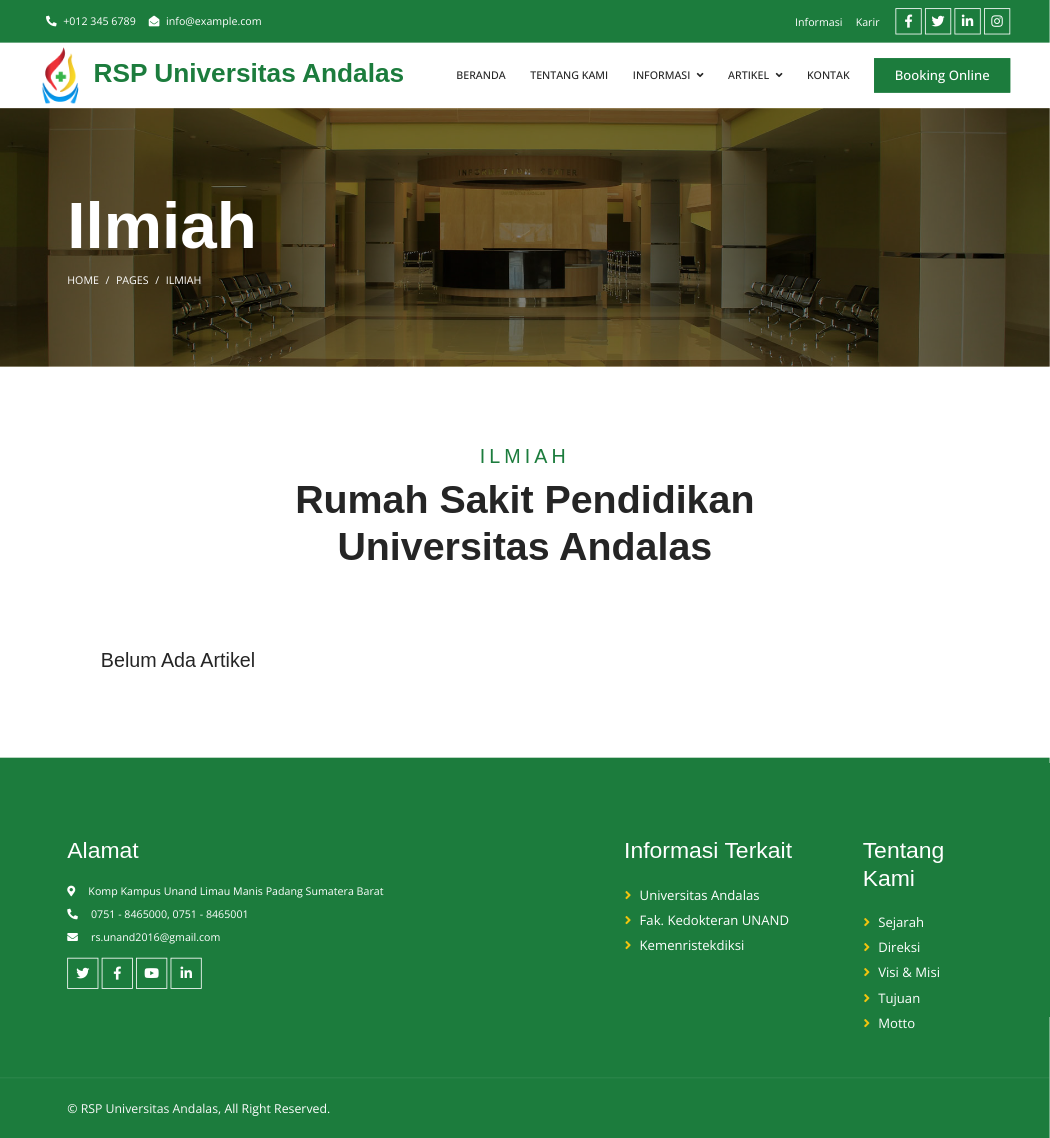
Repository: vivin-erialis/rsunand-site
Page: http://localhost/ilmiah
The author's editor kept a copy of each file at every save. The page is drawn from the files as they stood at one save, then again after the next save.
The browser window is 1280 px wide. The pictures show the whole page, at 82% of full size.
Some web fonts or font styles are not loaded; a fallback is used. Some web libraries are served in a nearby version. The page is served by the project's Laravel application, run on PHP 8.4 with Laravel 12. Other server files are loaded and not shown. Queries for data that is not in the repository find no rows.

Above is the page before, as saved 2024-04-29 09:59:30.
Console error: TypeError: Cannot read properties of undefined (reading 'version')

### routes/web.php
<?php

use App\Http\Controllers\Backend\ArtikelController as BackendArtikelController;
use App\Http\Controllers\Frontend\ArtikelController;
use App\Http\Controllers\HomeController;
use App\Http\Controllers\InformasiController;
use App\Http\Controllers\TentangKamiController;
use Illuminate\Support\Facades\Route;

// Route::get('/', function () {
//     return view('welcome');
// });

Route::get('/', [HomeController::class, 'homePage']);
// Informasi
Route::get('tentang-kami', [TentangKamiController::class, 'tentangKami']);
Route::get('jadwal-dokter', [InformasiController::class, 'jadwalDokter']);
Route::get('informasi-dokter', [InformasiController::class, 'informasiDokter']);
Route::get('bagian-instalasi', [InformasiController::class, 'bagianInstalasi']);

// Artikel
Route::get('berita', [ArtikelController::class, 'berita']);
Route::get('ilmiah', [ArtikelController::class, 'ilmiah']);
Route::get('pendidikan-pelatihan', [ArtikelController::class, 'pendidikanPelatihan']);
Route::get('penyakit-pengobatan', [ArtikelController::class, 'penyakitPengobatan']);

Route::get('kontak', [HomeController::class, 'kontak']);
Route::get('informasi', [HomeController::class, 'informasi']);
Route::get('/karir', [HomeController::class, 'karir']);

//
Route::prefix('admin')->group(function () {
    Route::resource('/artikel', BackendArtikelController::class);
});

### app/Http/Controllers/Frontend/ArtikelController.php
<?php

namespace App\Http\Controllers\Frontend;

use App\Http\Controllers\Controller;
use App\Models\Artikel;
use App\Models\KategoriArtikel;
use Illuminate\Http\Request;
use Illuminate\Support\Facades\DB;

class ArtikelController extends Controller
{
    //
    //
    public function berita()
    {
        // Mengambil artikel dengan kategori "berita"
        $artikelBerita = Artikel::whereHas('kategori', function ($query) {
            $query->where('title', 'Berita');
        })->get();

        return view('Frontend.artikel.berita', [
            'headerStart' => 'Berita',
            'artikel' => $artikelBerita
        ]);
    }

    public function ilmiah()
    {
        $ilmiah = Artikel::whereHas('kategori', function ($query) {
            $query->where('title', 'Ilmiah');
        })->get();

        return view('Frontend.artikel.ilmiah', [
            'headerStart' => 'Ilmiah',
            'ilmiah' => $ilmiah,
        ]);
    }
    public function pendidikanPelatihan()
    {
        return view('Frontend.artikel.pendidikan-pelatihan', [
            'headerStart' => 'Pendidikan & Pelatihan'
        ]);
    }

    public function penyakitPengobatan()
    {
        return view('Frontend.artikel.penyakit-pengobatan', [
            'headerStart' => 'Penyakit & Pengobatan'
        ]);
    }
}

### app/Models/Artikel.php
<?php

namespace App\Models;

use Illuminate\Database\Eloquent\Factories\HasFactory;
use Illuminate\Database\Eloquent\Model;

class Artikel extends Model
{
    use HasFactory;

    protected $fillable = ['id', 'title', 'desc', 'isi', 'gambar', 'status', 'url', 'kategori_id', 'created_at', 'updated_at'];


    public function kategori() {
        return $this->belongsTo(KategoriArtikel::class, 'kategori_id');
    }
}

### app/Models/KategoriArtikel.php
<?php

namespace App\Models;

use Illuminate\Database\Eloquent\Factories\HasFactory;
use Illuminate\Database\Eloquent\Model;

class KategoriArtikel extends Model
{
    use HasFactory;

    public function artikel()
    {
        return $this->hasMany(Artikel::class, 'kategori_id');
    }
}

### resources/views/Frontend/artikel/ilmiah.blade.php
@extends('Frontend.layouts.main')
@section('title', 'Ilmiah')
@section('content')
    @include('Frontend.layouts.header')
    {{-- Ilmiah --}}
    <div class="container-xxl py-5">
        <div class="container">
            <div class="text-center mx-auto mb-5 wow fadeInUp" data-wow-delay="0.1s" style="max-width: 600px;">
                <h4 class="section-title">Ilmiah</h4>
                <h1 class="display-5 mb-4">Rumah Sakit Pendidikan Universitas Andalas</h1>
            </div>
            <dvi class="container-berita">
                @if ($ilmiah->isEmpty())
                    <h4 class="mt-5 text-center">Belum Ada Artikel</h4>
                @endif
                @foreach ($ilmiah as $item)
                    <div class="card">
                        <img loading="lazy" class="card-img" src="{{ asset('/images/artikel/' . $item->gambar) }}">
                        <div class="card-content">
                            <h2 class="card-title">{{ $item->title }}</h2>
                            <p class="card-text">{!! $item->desc !!}</p>
                            <a href="/berita" class="card-button">Read More</a>
                        </div>
                    </div>
                @endforeach

            </dvi>
        </div>
    </div>
@endsection

### resources/views/Frontend/layouts/header.blade.php
<div class="container-fluid page-header py-5 mb-5 wow fadeIn" data-wow-delay="0.1s">
    <div class="container py-5">
        <h1 class="display-1 text-white animated slideInDown">{{$headerStart}}</h1>
        <nav aria-label="breadcrumb animated slideInDown">
            <ol class="breadcrumb text-uppercase mb-0">
                <li class="breadcrumb-item"><a class="text-white" href="#">Home</a></li>
                <li class="breadcrumb-item"><a class="text-white" href="#">Pages</a></li>
                <li class="breadcrumb-item text-white" aria-current="page">{{$headerStart}}</li>
            </ol>
        </nav>
    </div>
</div>

### resources/views/Frontend/layouts/topbar.blade.php
<div class="container-fluid bg-dark p-0 wow fadeIn" data-wow-delay="0.1s">
    <div class="row gx-0 d-none d-lg-flex">
        <div class="col-lg-7 px-5 text-start">
            <div class="h-100 d-inline-flex align-items-center py-3 me-3">
                <a class="text-body hp px-2" href="tel:+0123456789"><i class="fa fa-phone-alt text-white me-2"></i>+012 345 6789</a>
                <a class="text-body email px-2" href="mailto:info@example.com"><i class="fa fa-envelope-open text-white me-2"></i>info@example.com</a>
            </div>
        </div>
        <div class="col-lg-5 px-5 text-end">
            <div class="h-100 d-inline-flex align-items-center py-3 me-2">
                <a href="/informasi" class="text-body px-2" href="">Informasi</a>
                <a href="/karir" class="text-body px-2" href="">Karir</a>
            </div>
            <div class="h-100 d-inline-flex align-items-center">
                <a class="btn btn-sm-square btn-outline-body me-1" href=""><i class="fab fa-facebook-f"></i></a>
                <a class="btn btn-sm-square btn-outline-body me-1" href=""><i class="fab fa-twitter"></i></a>
                <a class="btn btn-sm-square btn-outline-body me-1" href=""><i class="fab fa-linkedin-in"></i></a>
                <a class="btn btn-sm-square btn-outline-body me-0" href=""><i class="fab fa-instagram"></i></a>
            </div>
        </div>
    </div>
</div>

### resources/views/Frontend/layouts/navbar.blade.php
<nav class="navbar navbar-expand-lg bg-white navbar-light sticky-top py-lg-0 px-lg-5 wow fadeIn" data-wow-delay="0.1s">
    <a href="/" class="navbar-brand ms-4 ms-lg-0">
        <h2 class="text-primary m-0"><img class="me-3" style="width: 50px" src="/../assets/img/rsunandlogo.png" alt="Icon">RSP Universitas Andalas</h2>
    </a>
    <button type="button" class="navbar-toggler me-4" data-bs-toggle="collapse" data-bs-target="#navbarCollapse">
        <span class="navbar-toggler-icon"></span>
    </button>
    <div class="collapse navbar-collapse" id="navbarCollapse">
        <div class="navbar-nav ms-auto p-4 p-lg-0">
            <a href="/" class="nav-item nav-link {{Request::is('/') ? 'active' : ''}} ">Beranda</a>
            <a href="/tentang-kami" class="nav-item nav-link  {{Request::is('tentang-kami') ? 'active' : ''}}">Tentang Kami</a>
            {{-- <a href="service.html" class="nav-item nav-link  {{Request::is('/') ? 'active' : ''}}">Services</a> --}}
            <div class="nav-item dropdown">
                <a href="#" class="nav-link dropdown-toggle" data-bs-toggle="dropdown">Informasi</a>
                <div class="dropdown-menu border-0 m-0">
                    <a href="/jadwal-doker" class="dropdown-item">Jadwal Dokter</a>
                    <a href="/informasi-dokter" class="dropdown-item">Informasi Dokter</a>
                    <a href="/kamar" class="dropdown-item">Ketersediaan Kamar</a>
                    <a href="/bagian-instalasi" class="dropdown-item">Bagian dan Instalasi</a>
                    {{-- <a href="testimonial.html" class="dropdown-item">Testimonial</a> --}}
                    {{-- <a href="404.html" class="dropdown-item">404 Page</a> --}}
                </div>
            </div>
            <div class="nav-item dropdown">
                <a href="#" class="nav-link dropdown-toggle" data-bs-toggle="dropdown">Artikel</a>
                <div class="dropdown-menu border-0 m-0">
                    <a href="/berita" class="dropdown-item">Berita</a>
                    <a href="/ilmiah" class="dropdown-item">Ilmiah</a>
                    <a href="/pendidikan-pelatihan" class="dropdown-item">Pendidikan dan Pelatihan</a>
                    <a href="/penyakit-pengobatan" class="dropdown-item">Penyakit dan Pengobatan</a>
                    {{-- <a href="testimonial.html" class="dropdown-item">Testimonial</a> --}}
                    {{-- <a href="404.html" class="dropdown-item">404 Page</a> --}}
                </div>
            </div>
            <a href="/kontak" class="nav-item nav-link  {{Request::is('kontak') ? 'active' : ''}}">Kontak</a>
        </div>
        <a href="/booking" class="btn btn-primary py-2 px-4 d-none d-lg-block">Booking Online</a>
    </div>
</nav>

### resources/views/Frontend/layouts/footer.blade.php
<div class="container-fluid bg-dark text-body footer mt-5 pt-5 px-0 wow fadeIn" data-wow-delay="0.1s">
    <div class="container py-5">
        <div class="row g-5">
            <div class="col-lg-7 col-md-6">
                <h3 class="text-light mb-4">Alamat</h3>
                <p class="mb-2"><i class="fa fa-map-marker-alt text-white me-3"></i>Komp Kampus Unand Limau Manis Padang Sumatera Barat</p>
                <p class="mb-2"><i class="fa fa-phone-alt text-white me-3"></i>0751 - 8465000, 0751 - 8465001</p>
                <p class="mb-2"><i class="fa fa-envelope text-white me-3"></i>rs.unand2016@gmail.com</p>
                <div class="d-flex pt-2">
                    <a class="btn btn-square btn-outline-body me-1" href=""><i class="fab fa-twitter"></i></a>
                    <a class="btn btn-square btn-outline-body me-1" href=""><i class="fab fa-facebook-f"></i></a>
                    <a class="btn btn-square btn-outline-body me-1" href=""><i class="fab fa-youtube"></i></a>
                    <a class="btn btn-square btn-outline-body me-0" href=""><i class="fab fa-linkedin-in"></i></a>
                </div>
            </div>
            <div class="col-lg-3 col-md-6">
                <h3 class="text-light mb-4">Informasi Terkait</h3>
                <a class="btn btn-link" href="">Universitas Andalas</a>
                <a class="btn btn-link" href="">Fak. Kedokteran UNAND</a>
                <a class="btn btn-link" href="">Kemenristekdiksi</a>
            </div>
            <div class="col-lg-2 col-md-6">
                <h3 class="text-light mb-4">Tentang Kami</h3>
                <a class="btn btn-link" href="">Sejarah</a>
                <a class="btn btn-link" href="">Direksi</a>
                <a class="btn btn-link" href="">Visi & Misi</a>
                <a class="btn btn-link" href="">Tujuan</a>
                <a class="btn btn-link" href="">Motto</a>
            </div>

        </div>
    </div>
    <div class="container-fluid copyright">
        <div class="container">
            <div class="row">
                <div class="col-md-6 text-center text-md-start mb-3 mb-md-0">
                    &copy; <a href="#">RSP Universitas Andalas</a>, All Right Reserved.
                </div>
                {{-- <div class="col-md-6 text-center text-md-end">
                    <!--/*** This template is free as long as you keep the footer author’s credit link/attribution link/backlink. If you'd like to use the template without the footer author’s credit link/attribution link/backlink, you can purchase the Credit Removal License from "https://htmlcodex.com/credit-removal". Thank you for your support. ***/-->
                    Designed By <a href="https://htmlcodex.com">HTML Codex</a>
                    <br> Distributed By: <a class="border-bottom" href="https://themewagon.com" target="_blank">ThemeWagon</a>
                </div> --}}
            </div>
        </div>
    </div>
</div>

Loaded but not shown: app/Http/Controllers/Controller.php (common file); public/assets/lib/animate/animate.min.css (library); public/assets/lib/owlcarousel/assets/owl.carousel.min.css (common file); public/assets/lib/tempusdominus/css/tempusdominus-bootstrap-4.min.css (library); public/assets/css/bootstrap.min.css (library); public/assets/lib/wow/wow.min.js (library); public/assets/lib/easing/easing.min.js (common file); public/assets/lib/waypoints/waypoints.min.js (library); public/assets/lib/counterup/counterup.min.js (common file); public/assets/lib/owlcarousel/owl.carousel.min.js (library); public/assets/lib/tempusdominus/js/moment-timezone.min.js (library); public/assets/lib/tempusdominus/js/tempusdominus-bootstrap-4.min.js (library); public/assets/js/main.js (83 lines, source omitted); resources/views/Frontend/layouts/main.blade.php (468 lines, source omitted); public/assets/css/style.css (664 lines, source omitted)

After the next save:
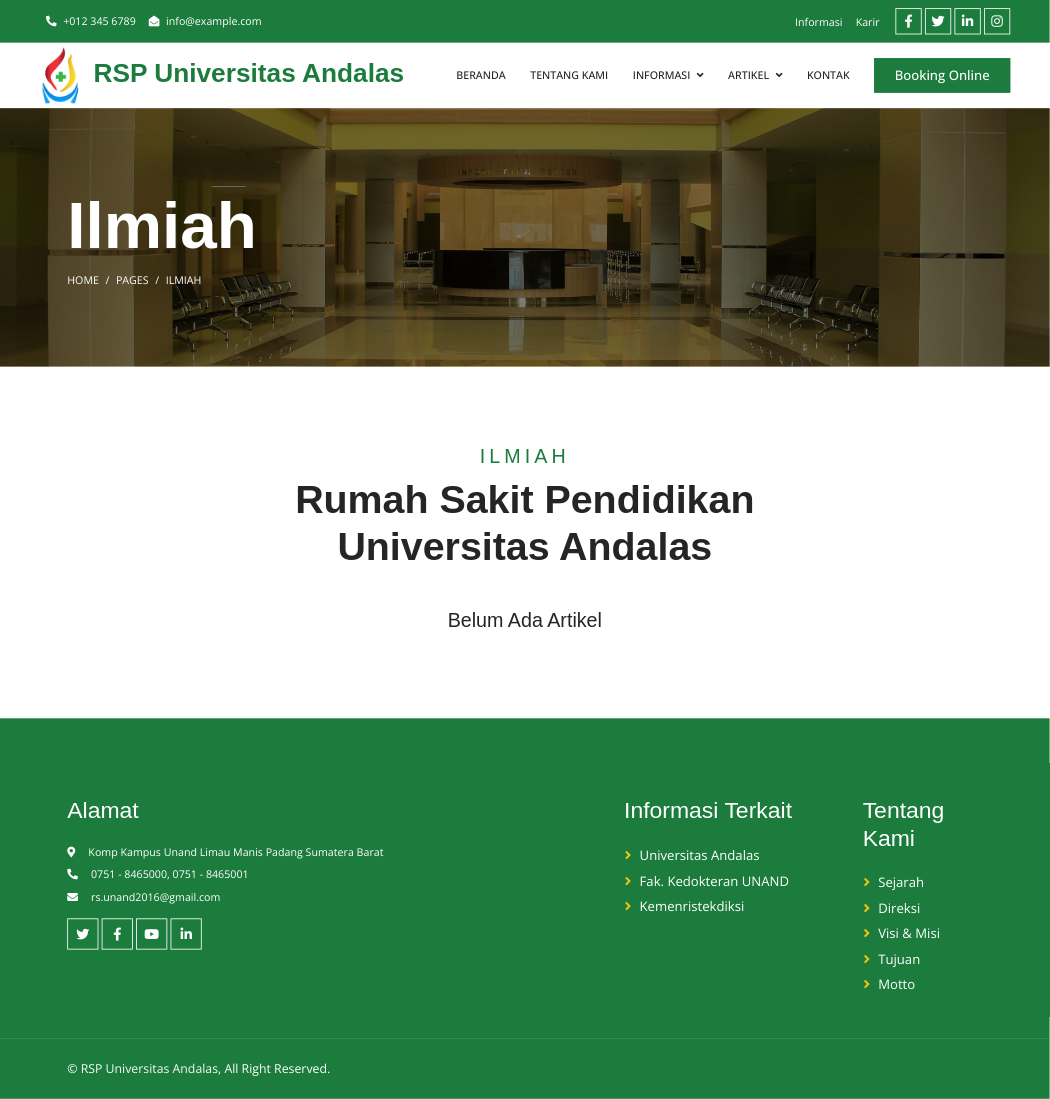
Saved 21 s later.
--- a/resources/views/Frontend/artikel/ilmiah.blade.php
+++ b/resources/views/Frontend/artikel/ilmiah.blade.php
@@ -9,10 +9,11 @@
                 <h4 class="section-title">Ilmiah</h4>
                 <h1 class="display-5 mb-4">Rumah Sakit Pendidikan Universitas Andalas</h1>
             </div>
+            @if ($ilmiah->isEmpty())
+                <h4 class="mt-5 text-center">Belum Ada Artikel</h4>
+            @endif
             <dvi class="container-berita">
-                @if ($ilmiah->isEmpty())
-                    <h4 class="mt-5 text-center">Belum Ada Artikel</h4>
-                @endif
+
                 @foreach ($ilmiah as $item)
                     <div class="card">
                         <img loading="lazy" class="card-img" src="{{ asset('/images/artikel/' . $item->gambar) }}">
